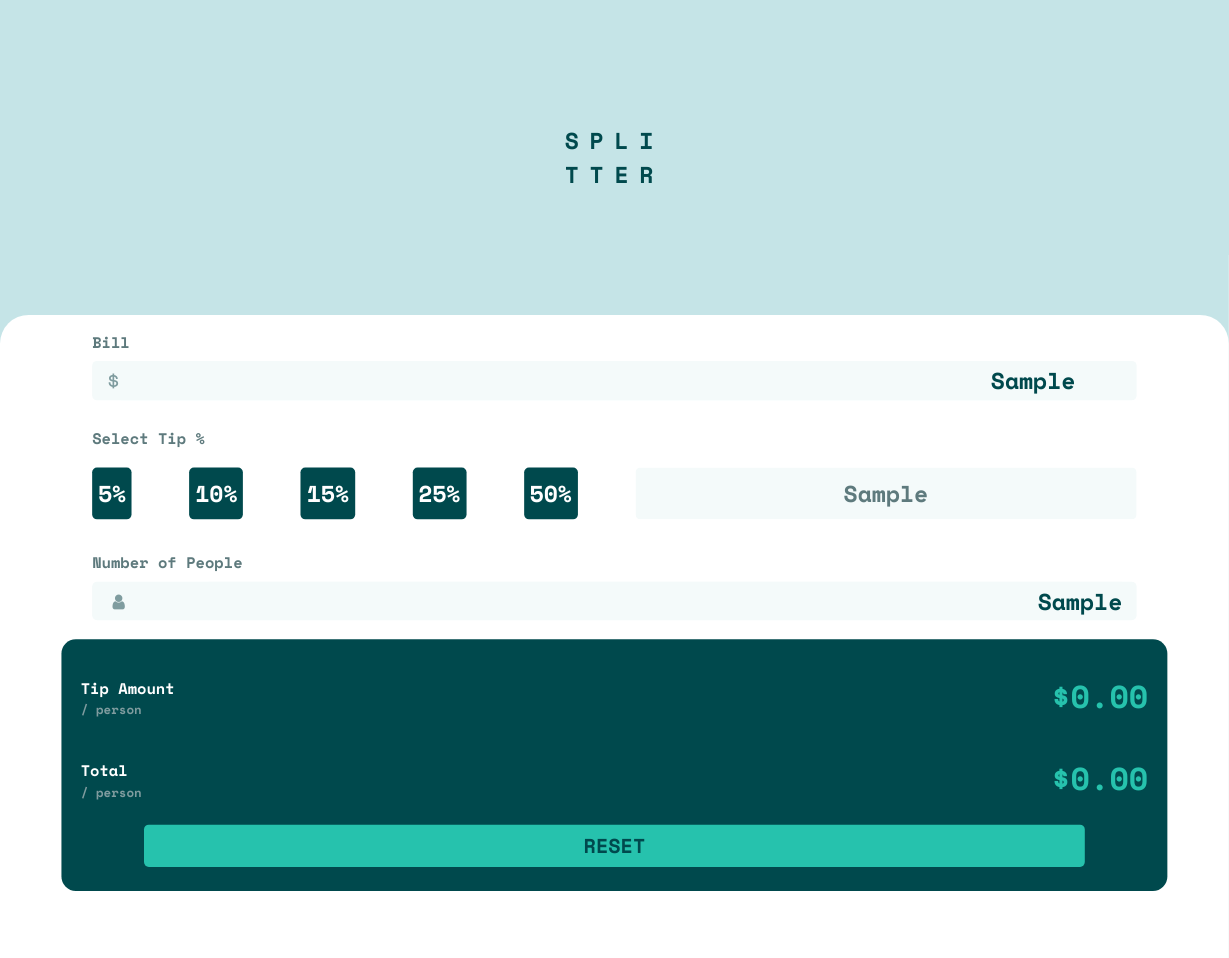
Repository: WindOfCodes/Tip_calculator
Page: index.html
An editor plug-in stored every save of this project. The page is shown before and after a run of saves, followed by the edit.
The browser window is 1280 px wide. The pictures show the whole page, at 96% of full size.
Empty fields were first filled with sample values (such as "Sample", 5 or name@example.com).
After loading, the first visible `button.tipBtn` was clicked once.
The style sheet was rebuilt from its Sass, Less or Tailwind sources for each picture, by a compiler version that may differ from the author's.

Above is the page before, as saved 2023-01-27 16:41:11.

After the next 3 saves:
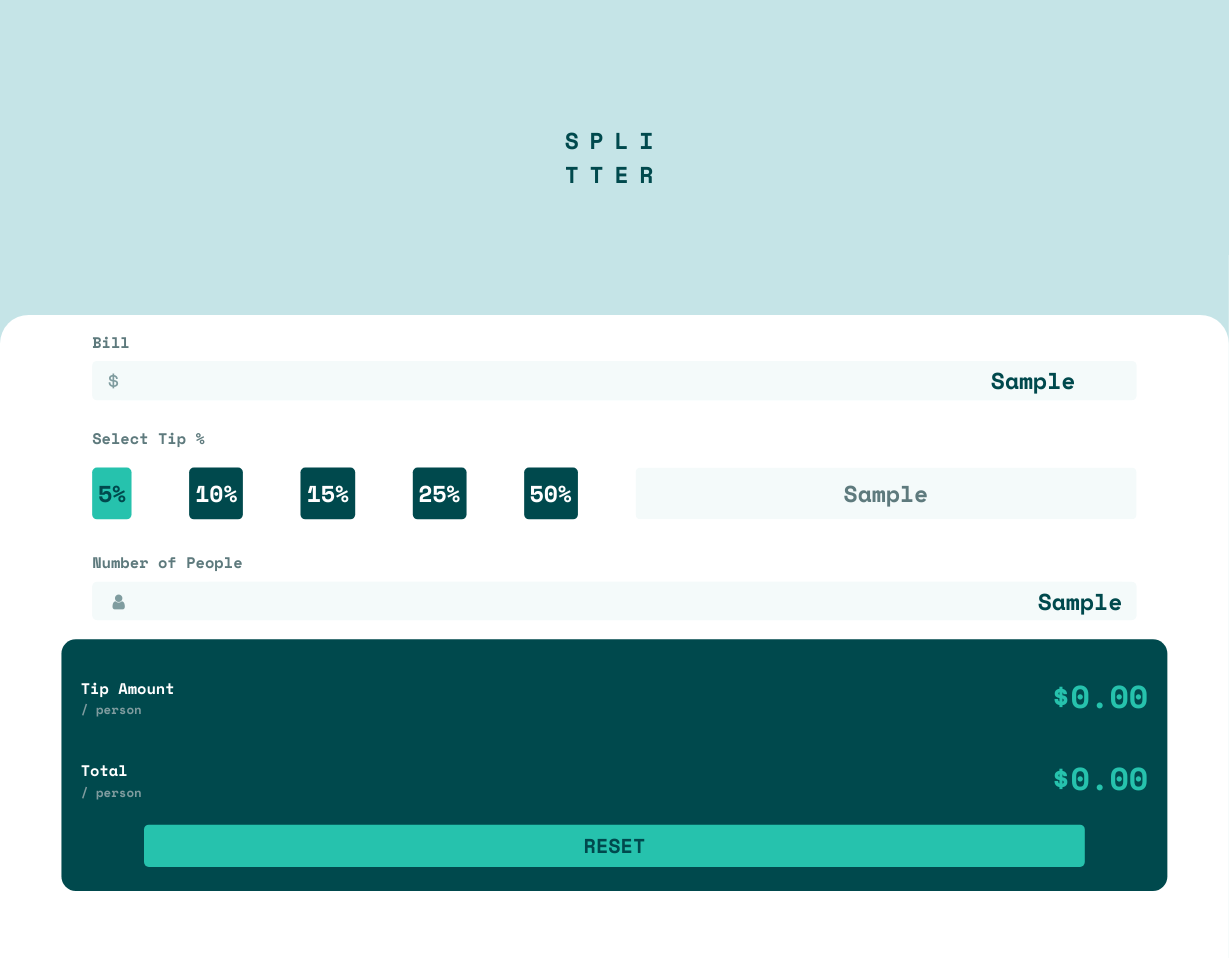
The 3 saves are shown as one change because they came seconds apart.
The last was saved 35 s later.
--- a/src/sass/_card.scss
+++ b/src/sass/_card.scss
@@ -1,6 +1,6 @@
 .active {
-  background-color: $SweetGreen;
-  color: $Verydarkcyan;
+  background-color: $SweetGreen !important;
+  color: $Verydarkcyan !important;
 }
 
 .card {

After the save that followed:
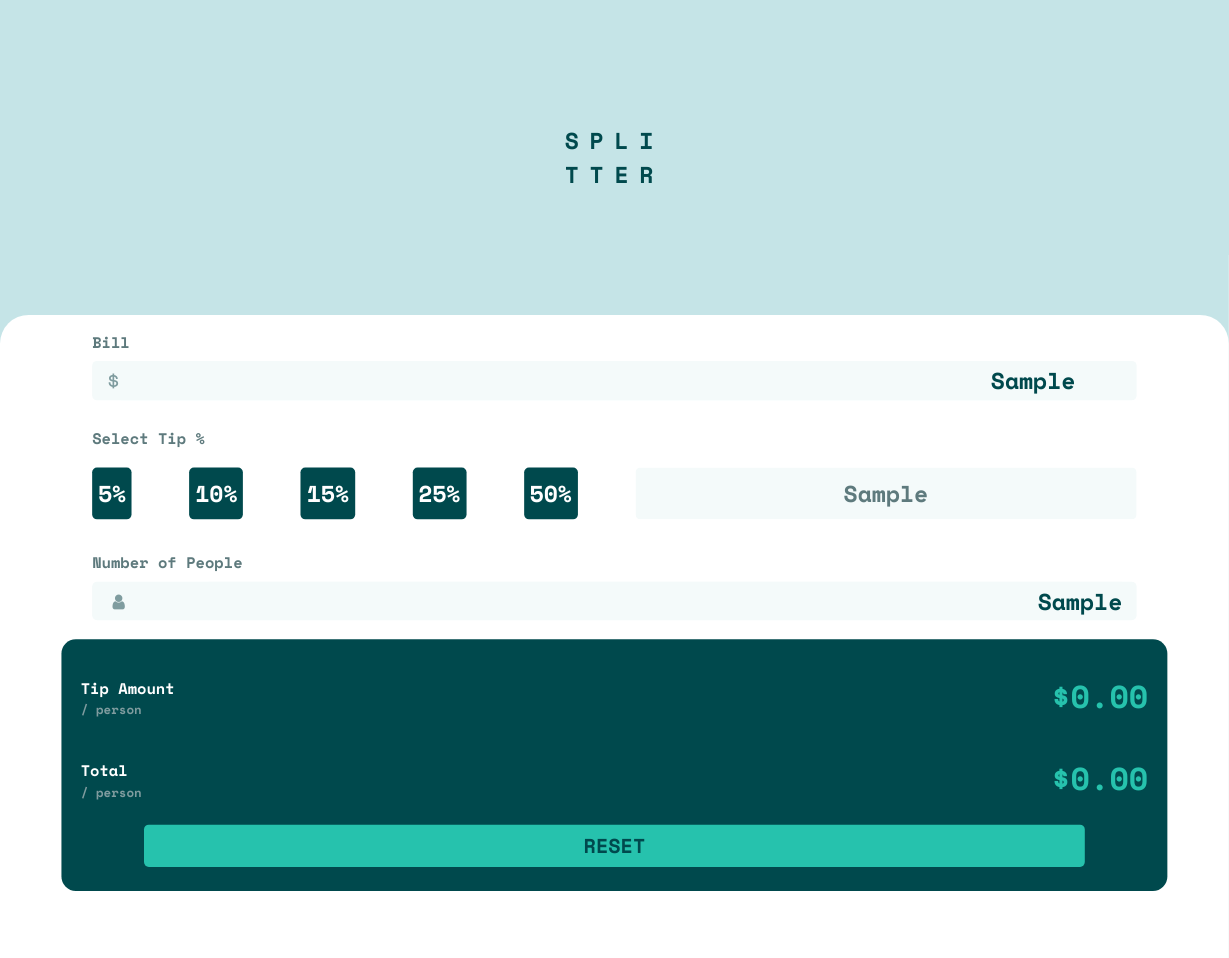
Saved 66 s later.
--- a/src/sass/_card.scss
+++ b/src/sass/_card.scss
@@ -1,6 +1,6 @@
 .active {
-  background-color: $SweetGreen !important;
-  color: $Verydarkcyan !important;
+  background-color: $SweetGreen;
+  color: $Verydarkcyan;
 }
 
 .card {
